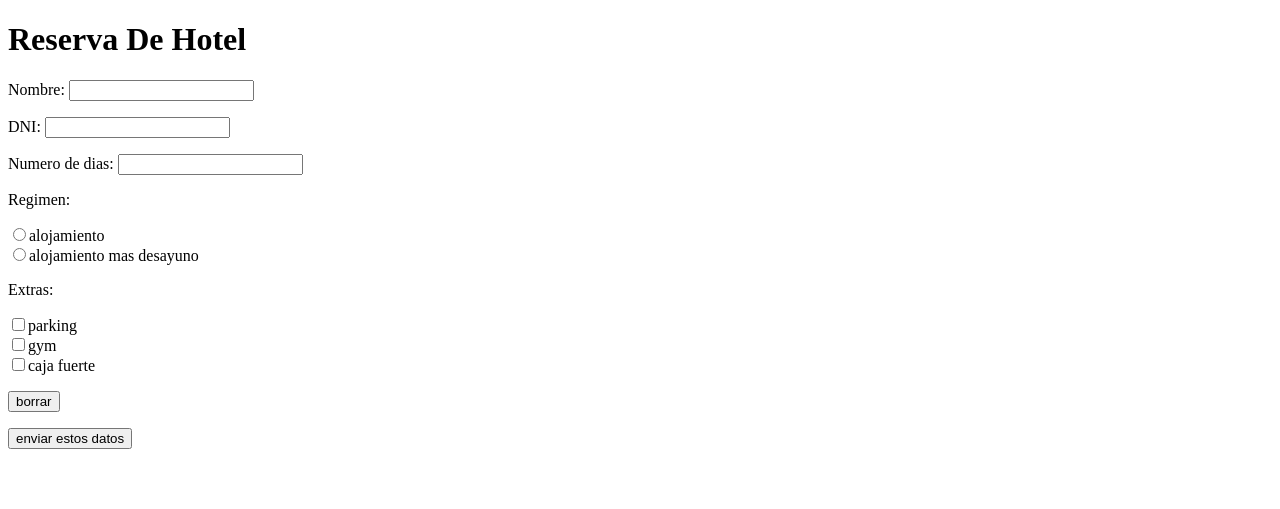
Repository: weertop/2DAW
Page: http://localhost/Formularios/hotel.jsp
An editor plug-in stored every save of this project. The page is shown before and after the next save, followed by the edit.
The browser window is 1280 px wide. The pictures show the whole page.
The page is served by Tomcat 9. Other server files are loaded and not shown.

Above is the page before, as saved 2019-10-02 10:38:54.

### DWServidor/eclipse-workspace-photom/Formularios/WebContent/hotel.jsp
<%@ page language="java" contentType="text/html; charset=UTF-8"
    pageEncoding="UTF-8"%>
<%@ page import="java.util.*, java.text.*" %>
<!DOCTYPE html>
<html>
<head>
<meta charset="UTF-8">
<title>Insert title here</title>
</head>
<body>
	<h1>Reserva De Hotel</h1>
	<form action="destinoHotel" method="post">
		<p>Nombre: <input type="text" name="nombre"/></p>
		<p>DNI: <input type="text" name="dni"/></p>
		<p>Numero de dias: <input type="number" name="dias"/></p>

		<p>Regimen: </p>
		<input type="radio" name="tipo" value="alojamiento"/>alojamiento<br/>
		<input type="radio" name="tipo" value="aloydesayuno"/>alojamiento mas desayuno<br/>

		<p>Extras: </p>
		<input type="checkbox" name="parking" value="parking"/>parking<br/>
		<input type="checkbox" name="gym" value="gym"/>gym<br/>
		<input type="checkbox" name="caja" value="caja"/>caja fuerte<br/>

		<p> <input type="reset" name="borrar" value="borrar" />	</p>
		<p> <input type="submit" name="enviar" value="enviar estos datos" /> </p> <!-- el value es lo que se enviara -->
	</form>
</body>
</html>

After the next save:
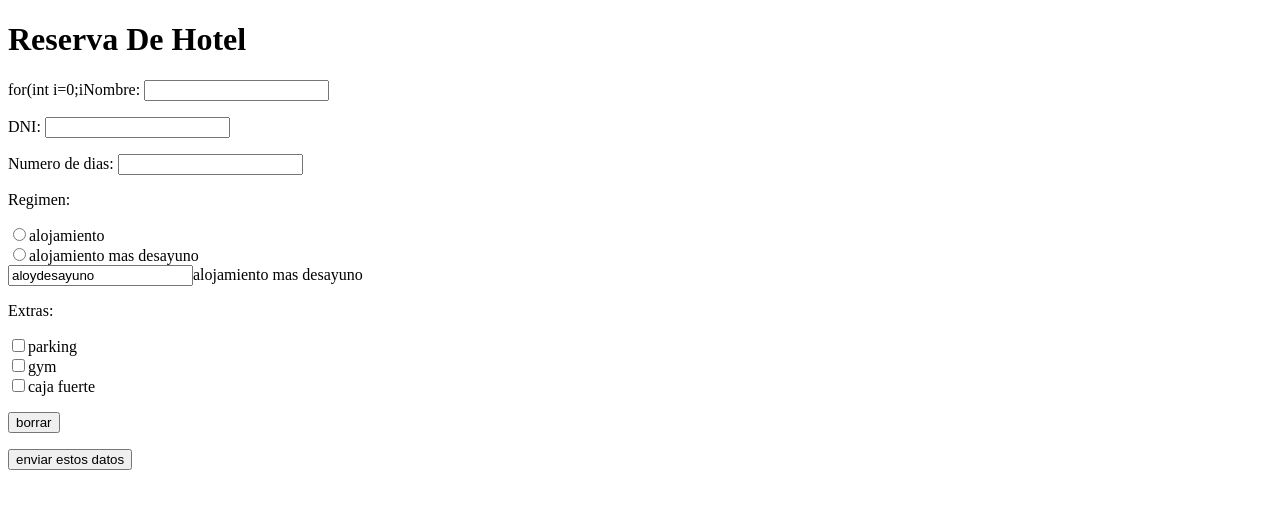
Saved 7 min 56 s later.
--- a/DWServidor/eclipse-workspace-photom/Formularios/WebContent/hotel.jsp
+++ b/DWServidor/eclipse-workspace-photom/Formularios/WebContent/hotel.jsp
@@ -8,8 +8,16 @@
 <title>Insert title here</title>
 </head>
 <body>
+	<%
+
+	%>
+
 	<h1>Reserva De Hotel</h1>
 	<form action="destinoHotel" method="post">
+
+		for(int i=0;i<hoteles.length;i++){
+
+
 		<p>Nombre: <input type="text" name="nombre"/></p>
 		<p>DNI: <input type="text" name="dni"/></p>
 		<p>Numero de dias: <input type="number" name="dias"/></p>
@@ -17,6 +25,7 @@
 		<p>Regimen: </p>
 		<input type="radio" name="tipo" value="alojamiento"/>alojamiento<br/>
 		<input type="radio" name="tipo" value="aloydesayuno"/>alojamiento mas desayuno<br/>
+		<input type="" name="tipo" value="aloydesayuno"/>alojamiento mas desayuno<br/>
 
 		<p>Extras: </p>
 		<input type="checkbox" name="parking" value="parking"/>parking<br/>
